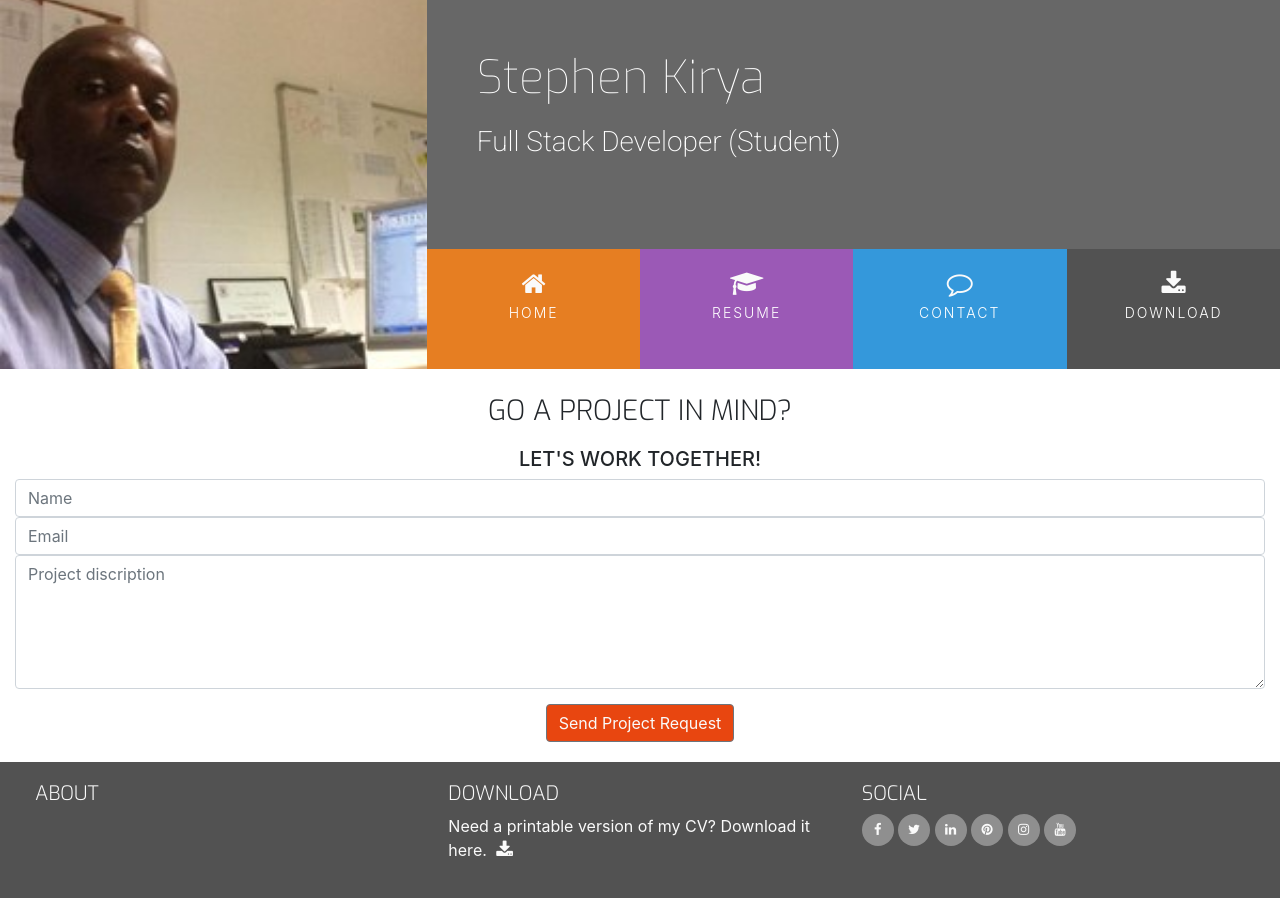
Repository: isiko1/interactive_frontend_resume
Page: contact.html
The author's editor kept a record of every edit. The page is drawn from the files as they stood at one moment, then again after the next edit.
The browser window is 1280 px wide. The pictures show the whole page.

Above is the page before.

### contact.html
<!DOCTYPE html>
<html lang="en">

<head>
    <meta charset="UTF-8">
    <meta name="viewport" content="width=device-width, initial-scale=1.0">
    <meta http-equiv="X-UA-Compatible" content="ie=edge">
    <link rel="stylesheet" href="https://stackpath.bootstrapcdn.com/bootstrap/4.3.1/css/bootstrap.min.css" type="text/css" />
    <link rel="stylesheet" href="https://stackpath.bootstrapcdn.com/font-awesome/4.7.0/css/font-awesome.min.css" type="text/css" />
    <link rel="stylesheet" href="https://cdnjs.cloudflare.com/ajax/libs/hover.css/2.3.1/css/hover-min.css" type="text/css" />
    <link rel="stylesheet" href="assets/css/style.css" type="text/css" />
    <title>Stephen</title>
</head>

<body>
    <header>
        <div class="row no-gutters">
            <a href="index.html" class="col-md-4 logo">
            </a>
            <div class="col-md-8">
                <div class="row no-gutters bg-color-name-title">
                    <div class="col heading">
                        <h1 class="name">Stephen Kirya</h1>
                        <h2 class="title">Full Stack Developer (Student)</h2>
                    </div>
                </div>
                <div class="row no-gutters">
                    <div class="col">
                        <ul id="nav" class="list-inline menucontainer">
                            <li class="col-6 col-sm-3 ui-menu-color-home list-inline-item menuitem">
                                <a href="#" class="hvr-sweep-to-bottom"><i class="fa fa-home" aria-hidden="true"></i><span>Home</span></a>
                            </li>
                            <li class="col-6 col-sm-3 ui-menu-color-resume list-inline-item menuitem">
                                <a href="#" class="hvr-sweep-to-bottom"><i class="fa fa-graduation-cap" aria-hidden="true"></i><span>Resume</span></a>
                            </li>
                            <li class="col-6 col-sm-3 ui-menu-color-contact list-inline-item menuitem">
                                <a href="#" class="hvr-sweep-to-bottom"><i class="fa fa-comment-o" aria-hidden="true"></i><span>Contact</span></a>
                            </li>
                            <li class="col-6 col-sm-3 ui-menu-color-download list-inline-item menuitem">
                                <a href="#" class="hvr-sweep-to-bottom"><i class="fa fa-download" aria-hidden="true"></i><span>Download</span></a>
                            </li>
                        </ul>
                    </div>
                </div>
            </div>
        </div>
    </header>
    <section class="container-fluid">
        <div class="row bg-color-contact">
            <div class="col">
                <h3 class="contact-heading uppercase text-center">Go a project in mind?</h3>
                <h5 class="uppercase text-center">Let's work together!</h5>
                <div class="centre-form">
                    <form>
                        <input type="text" name="name" id="fullname" class="form-control" placeholder="Name" required/>
                        <input type="text" name="email" id="emailaddress" class="form-control" placeholder="Email" required/>
                        <textarea rows="5" name="projectsummary" id="projectsummary" class="form-control" placeholder="Project discription" required></textarea>
                        <div class="form-row text-center">
                            <div class="col">
                                <button type="submit" class="btn btn-secondary">Send Project Request</button>
                            </div>
                        </div>
                    </form>
                </div>
            </div>
        </div>

    </section>
    <footer class="container-fluid">
        <div id="footer-details" class="row">
            <div class="col-sm-4">
                <h5 class="uppercase general-sub">About</h5>
                <p class="inline-block">

                </p>
            </div>
            <div class="col-sm-4">
                <h5 class="uppercase general-sub">Download</h5>
                <p class="inline-block">
                    Need a printable version of my CV? Download it here.
                    <a href="#" target="_blank" class="cv-pdf">
                        <i class="fa fa-download" aria-hidden="true"></i>
                        <span class="sr-only">Download link.</span>
                    </a>
                </p>

            </div>
            <div class="col-sm-4">
                <h5 class="uppercase general-sub">Social</h5>
                <ul class="list-inline social-links">
                    <li class="list-inline-item">
                        <a target="_blank" href="#">
                            <i class="fa fa-facebook" aria-hidden="true"></i>
                            <span class="sr-only">Facebook</span>
                         </a>
                    </li>
                    <li class="list-inline-item">
                        <a target="_blank" href="#">
                            <i class="fa fa-twitter" aria-hidden="true"></i>
                            <span class="sr-only">Twitter</span>
                         </a>
                    </li>
                    <li class="list-inline-item">
                        <a target="_blank" href="#">
                            <i class="fa fa-linkedin" aria-hidden="true"></i>
                            <span class="sr-only">Linkedin</span>
                         </a>
                    </li>
                    <li class="list-inline-item">
                        <a target="_blank" href="#">
                            <i class="fa fa-pinterest" aria-hidden="true"></i>
                            <span class="sr-only">Pinterest</span>
                         </a>
                    </li>
                    <li class="list-inline-item">
                        <a target="_blank" href="#">
                            <i class="fa fa-instagram" aria-hidden="true"></i>
                            <span class="sr-only">Instagram</span>
                         </a>
                    </li>
                    <li class="list-inline-item">
                        <a target="_blank" href="#">
                            <i class="fa fa-youtube" aria-hidden="true"></i>
                            <span class="sr-only">YouTube</span>
                         </a>
                    </li>
                </ul>
            </div>
        </div>

    </footer>
</body>

</html>

### assets/css/style.css
@import url('https://fonts.googleapis.com/css?family=Roboto:100,200,300,400,500,600,700|Exo:100,200,300,400,500,600,700');

/*--------------Colours */

.bg-color-name-title {
    background-color: #676767;
}

.bg-color-three-reasons {
    background-color: #fff;
}

.bg-color-personal-info {
    background-color: #f4f4f4;
}

.bg-color-work-history {
    background-color: #9b59b6;
}

.bg-color-contact {
    background-color: #fff;
}

.ui-menu-color-home {
    background-color: #e67e22;
}

.ui-menu-color-resume {
    background-color: #9b59b6;
}

.ui-menu-color-contact {
    background-color: #3498db;
}

.ui-menu-color-download {
    background-color: #525252;
}



/*--------------Special padding/margin/texts */

h1,
h2,
h3,
h4 {
    margin: 0;
}

.uppercase {
    text-transform: uppercase;
}

.general-sub {
    font-family: "Exo", sans-serif;
    font-weight: 300;
    color: #fafafa;
}

.inliine-block {
    display: inline-block;
}

.row-table {
    display: table;
}

.section-column {
    display: table-cell;
    padding: 0 30px 30px;
    float: none;
}

.history-heading,
.section-heading {
    font-family: "Exo", sans-serif;
    font-weight: 300;
    margin-top: 20px;
    margin-bottom: 40px;
}



/*--------------Headings */

header {
    margin: 0;
}

.heading {
    margin-left: 50px;
}

.logo {
    background: url(../images/Stephen.jpg);
    background-position: center;
    background-repeat: no-repeat;
    background-size: cover;
    min-height: 360px;
    transition: all 5s ease-out;
    -moz-transition: all 5s ease-out;
    -webkit-transition: all 5s ease-out;
}

.name {
    font-family: "Exo", sans-serif;
    font-weight: 100;
    font-size: 46px;
    margin-top: 50px;
    color: #fff;
}

.title {
    font-family: "Roboto", sans-serif;
    font-weight: 200;
    font-size: 28px;
    margin-top: 20px;
    margin-bottom: 90px;
    color: #fff;
}

.list-inline-item:not(:last-child) {
    margin: 0;
}

.menucontainer {
    font-size: 0;
}

#nav {
    margin: 0;
}

#nav li {
    font-size: 14px;
    padding: 0;
}

.menuitem {
    height: 120px;
    text-align: center;
    padding: 0;
}

.menuitem a {
    width: 100%;
    text-decoration: none;
    color: #fff;
    height: 120px;
}

.menuitem a i {
    padding-top: 22px;
    display: block;
    color: #fafafa;
    font-size: 26px;
}

.menuitem span {
    display: block;
    width: 100%;
    padding-top: 5px;
    text-align: center;
    text-transform: uppercase;
    font-size: 14px;
    font-weight: 300;
    letter-spacing: 2px;
}

/*--------------Hover.css */

.hvr-sweep-to-bottom:before {
    background: rgba(0, 0, 0, 0.2);
    height: 120px;
}

/*--------------Footer */

footer {
    background-color: #525252;
    color: #fafafa;
    min-height: 120px;
    margin: 0;
}

.cv-pdf i {
    font-size: 18px;
    color: #fafafa;
    text-align: center;
    padding-left: 5px;
    transition: all 0.35s ease-in-out;
    -moz-transition: all 0.35s ease-in-out;
    -webkit-transition: all 0.35s ease-in-out;
    -o-transition: all 0.35s ease-in-out;
}

.cv-pdf i:hover {
    color: #e84610;
}

.social-links {
    padding-bottom: 15px;
}

.social-links li a i {
    width: 32px;
    height: 32px;
    padding: 12px 0;
    border-radius: 50%;
    font-size: 13px;
    line-height: 7px;
    text-align: center;
    color: #fafafa;
    background: #8f8f8f;
    transition: all 0.35s ease-in-out;
    -moz-transition: all 0.35s ease-in-out;
    -webkit-transition: all 0.35s ease-in-out;
    -o-transition: all 0.35s ease-in-out;
}

.social-links li a i:hover {
    background-color: #e84610;
}

#footer-details {
    padding: 20px;
}

/*--------------Three reasons */

.three-reasons-icon {
    font-size: 26px;
    color: #e67e22;
}

.three-reasons-heading {
    margin-bottom: 15px;
}

/*--------------Personal info*/

.personal-info-item {
    margin-bottom: 20px;
    display: block;
    clear: both;
}

.personal-info-item .key,
.personal-info-item .value {
    padding-right: 8px;
    display: inline-block;
}

.personal-info-item .key p,
.personal-info-item .value p {
    margin: 0;
}

.personal-info-item .key {
    width: 30%;
    margin-right: 21px;
    padding-top: 2px;
    vertical-align: top;
}

.personal-info-item .key p {
    font-weight: 700;
}

.personal-info-item .value {
    position: relative;
    width: 60%;
}

/*--------------Progress Section*/

.progress {
    position: relative;
    height: 25px;
    margin-bottom: 4px;
}

.progress-type {
    position: absolute;
    left: 0;
    font-weight: 400;
    padding: 3px 30px 2px 10px;
    background-color: rgba(25, 25, 25, 0.2);

}

.progress-section {
    margin: 40px 20px;
}

/*--------------Work history*/

.history-heading {
    color: #fafafa;
    margin-bottom: 50px;
}

.timeline-item {
    padding: 4em 2em 0em 2em;
    position: relative;
    color: #fafafa;
    border-left: 1px solid;
}

.timeline-item p {
    padding: 0;
    margin: 0;
}

.timeline-item:before {
    content: attr(data-dates);
    position: absolute;
    left: 2.5em;
    top: 3em;
    display: block;
    font-family: "Exo" sans-serif;
    font-weight: 500;
    font-size: 0.8em;
    padding: 0;
    margin: 0;
}

.timeline-item:after {
    width: 12px;
    height: 12px;
    display: block;
    top: 2.4em;
    position: absolute;
    left: -6px;
    border-radius: 12px;
    content: '';
    background: #fafafa;
}

.work-history {
    margin-bottom: 30px;
}

/*--------------Contact Form*/

.contact-heading {
    font-family: "Exo", sans-serif;
    font-weight: 300;
    margin-top: 25px;
    margin-bottom: 20px;
}

.center-form {
    padding-top: 10px;
    margin: 0 auto;
    max-width: 70%;
}

button[type="submit"] {
    margin-top: 15px;
    margin-bottom: 20px;
    color: #fafafa;
    background-color: #e84610;
}

/*--------------Media query*/

@media(min-width: 992px) {
    .center-form {
        padding-top: 30px;
        min-height: 240PX;
        margin: 0 auto;
        max-width: 50%;
    }
}

After the next edit:
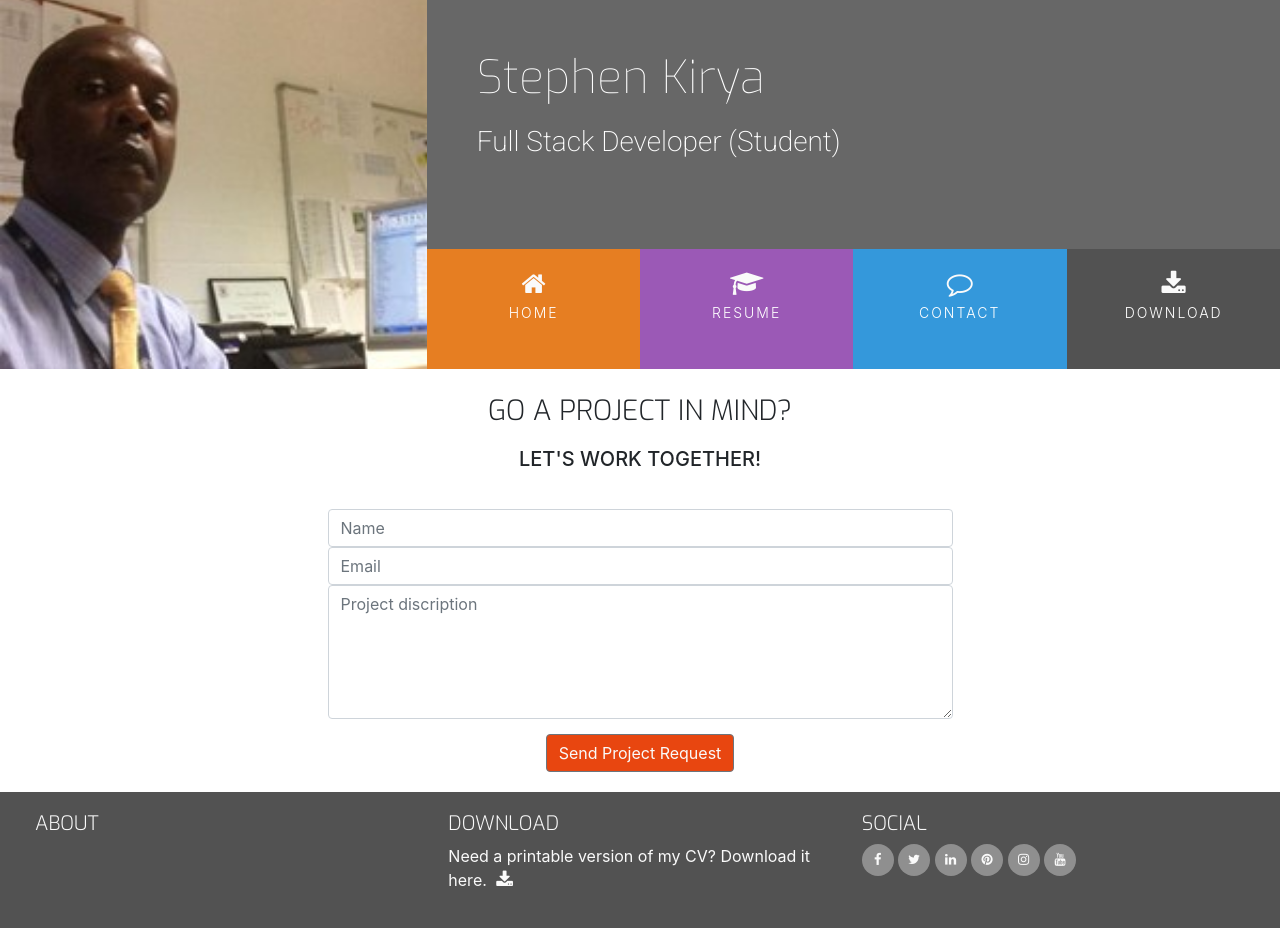
The edit:
--- a/contact.html
+++ b/contact.html
@@ -50,7 +50,7 @@
             <div class="col">
                 <h3 class="contact-heading uppercase text-center">Go a project in mind?</h3>
                 <h5 class="uppercase text-center">Let's work together!</h5>
-                <div class="centre-form">
+                <div class="center-form">
                     <form>
                         <input type="text" name="name" id="fullname" class="form-control" placeholder="Name" required/>
                         <input type="text" name="email" id="emailaddress" class="form-control" placeholder="Email" required/>
